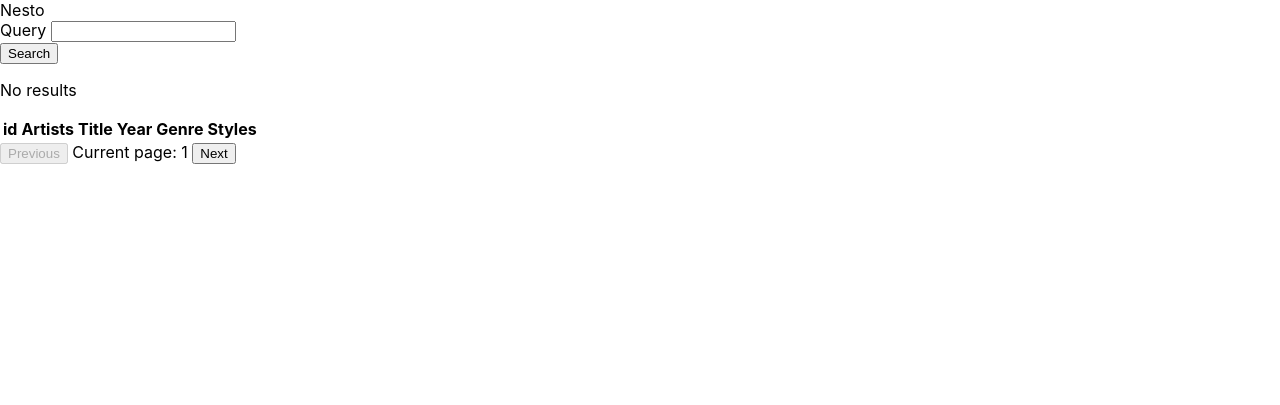
Repository: ivan-baljkas/pristupni_zadatak
Page: / (app in frontend/react-akademija-master/)
The author's editor kept a copy of each file at every save. The page is drawn from the files as they stood at one save, then again after the next save.
The browser window is 1280 px wide. The pictures show the whole page.
The project was rebuilt for these pictures with package versions that can differ from the ones it lists, and the page was loaded fresh each time.

Above is the page before, as saved 2021-07-21 13:18:08.

### frontend/react-akademija-master/src/App.js
import React from "react";
import { SearchForm } from "./components/SearchForm";
import { CollectionTable } from "./components/CollectionTable";
import { TableItem } from "./components/TableItem";
import { Pagination } from "./components/Pagination";
import data from "./data.json";

const App = () => {
  console.log(data);

  return (
    <div>
      <header>
        Nesto
      </header>
      <SearchForm>
          No results
        </SearchForm>
        <CollectionTable>
        {data.releases.map(release=>(
          <TableItem id={release.id}/>
        ))}
        </CollectionTable>
        <Pagination currentPage={1} pages={2} />
    </div>
  );
};

export default App;

### frontend/react-akademija-master/src/components/SearchForm.jsx
import React, { Component } from 'react'

export const SearchForm = (props) =>{

    return(
        <div>
            <div>
                <label htmlFor="query">Query </label>
                <input type="text" id="query"/>
            </div>
            <div>
                <button type="button">Search</button>
                <p>{props.children}</p>
            </div>

        </div>
    );
};

### frontend/react-akademija-master/src/components/CollectionTable.jsx
import React, { Component } from 'react'
import { TableItem } from './TableItem';
export const CollectionTable = (props) =>{

    return(
        <div>
            <table styles="width:100%">
                <tr>
                    <th>id</th>
                    <th>Artists</th>
                    <th>Title</th>
                    <th>Year</th>
                    <th>Genre</th>
                    <th>Styles</th>
                </tr>

            </table>
        </div>
    );
};

### frontend/react-akademija-master/src/components/Pagination.jsx
import React, { Component } from 'react'

export const Pagination = (props) =>{

    return(
        <div>
            <button type="button" disabled = {props.currentPage === 1}>Previous</button>
             <span>  Current page:  {props.currentPage} </span>
             <button type="button"disabled = {props.currentPage === props.pages}>Next</button>
        </div>
    );
};

### frontend/react-akademija-master/src/data.json
{
  "pagination": {
    "page": 1,
    "pages": 26,
    "per_page": 10,
    "items": 255,
    "urls": {
      "first": "https://api.discogs.com/users/adrianmusiccollector/collection/folders/0/releases?per_page=10&page=1",
      "last": "https://api.discogs.com/users/adrianmusiccollector/collection/folders/0/releases?per_page=10&page=26",
      "prev": "https://api.discogs.com/users/adrianmusiccollector/collection/folders/0/releases?per_page=10&page=1",
      "next": "https://api.discogs.com/users/adrianmusiccollector/collection/folders/0/releases?per_page=10&page=3"
    }
  },
  "releases": [
    {
      "id": 2462710,
      "instance_id": 495199692,
      "date_added": "2020-08-04T08:57:28-07:00",
      "rating": 0,
      "basic_information": {
        "id": 2462710,
        "master_id": 28197,
        "master_url": "https://api.discogs.com/masters/28197",
        "resource_url": "https://api.discogs.com/releases/2462710",
        "thumb": "",
        "cover_image": "",
        "title": "Danzig III: How The Gods Kill",
        "year": 0,
        "formats": [
          { "name": "CD", "qty": "1", "descriptions": ["Album", "Reissue"] }
        ],
        "labels": [
          {
            "name": "American Recordings",
            "catno": "491785 2",
            "entity_type": "1",
            "entity_type_name": "Label",
            "id": 2569,
            "resource_url": "https://api.discogs.com/labels/2569"
          },
          {
            "name": "Columbia",
            "catno": "02-491785-10",
            "entity_type": "1",
            "entity_type_name": "Label",
            "id": 1866,
            "resource_url": "https://api.discogs.com/labels/1866"
          }
        ],
        "artists": [
          {
            "name": "Danzig",
            "anv": "",
            "join": "",
            "role": "",
            "tracks": "",
            "id": 217411,
            "resource_url": "https://api.discogs.com/artists/217411"
          }
        ],
        "genres": ["Rock"],
        "styles": ["Blues Rock", "Hard Rock", "Heavy Metal"]
      }
    },
    {
      "id": 385438,
      "instance_id": 495284040,
      "date_added": "2020-08-04T15:46:56-07:00",
      "rating": 0,
      "basic_information": {
        "id": 385438,
        "master_id": 8636,
        "master_url": "https://api.discogs.com/masters/8636",
        "resource_url": "https://api.discogs.com/releases/385438",
        "thumb": "",
        "cover_image": "",
        "title": "For Those About To Rock We Salute You",
        "year": 1994,
        "formats": [
          {
            "name": "CD",
            "qty": "1",
            "descriptions": ["Album", "Reissue", "Remastered"]
          }
        ],
        "labels": [
          {
            "name": "ATCO Records",
            "catno": "7567-92412-2",
            "entity_type": "1",
            "entity_type_name": "Label",
            "id": 3820,
            "resource_url": "https://api.discogs.com/labels/3820"
          }
        ],
        "artists": [
          {
            "name": "AC/DC",
            "anv": "",
            "join": "",
            "role": "",
            "tracks": "",
            "id": 84752,
            "resource_url": "https://api.discogs.com/artists/84752"
          }
        ],
        "genres": ["Rock"],
        "styles": ["Hard Rock"]
      }
    },
    {
      "id": 7332063,
      "instance_id": 495260051,
      "date_added": "2020-08-04T14:14:50-07:00",
      "rating": 0,
      "basic_information": {
        "id": 7332063,
        "master_id": 8580,
        "master_url": "https://api.discogs.com/masters/8580",
        "resource_url": "https://api.discogs.com/releases/7332063",
        "thumb": "",
        "cover_image": "",
        "title": "Live",
        "year": 0,
        "formats": [
          { "name": "CD", "qty": "2", "descriptions": ["Album", "Reissue"] }
        ],
        "labels": [
          {
            "name": "ATCO Records",
            "catno": "7567-92212-2",
            "entity_type": "1",
            "entity_type_name": "Label",
            "id": 3820,
            "resource_url": "https://api.discogs.com/labels/3820"
          },
          {
            "name": "Albert Productions",
            "catno": "7567-92212-2",
            "entity_type": "1",
            "entity_type_name": "Label",
            "id": 33440,
            "resource_url": "https://api.discogs.com/labels/33440"
          }
        ],
        "artists": [
          {
            "name": "AC/DC",
            "anv": "",
            "join": "",
            "role": "",
            "tracks": "",
            "id": 84752,
            "resource_url": "https://api.discogs.com/artists/84752"
          }
        ],
        "genres": ["Rock"],
        "styles": ["Hard Rock", "Rock & Roll"]
      }
    },
    {
      "id": 456943,
      "instance_id": 495284592,
      "date_added": "2020-08-04T15:48:52-07:00",
      "rating": 0,
      "basic_information": {
        "id": 456943,
        "master_id": 8437,
        "master_url": "https://api.discogs.com/masters/8437",
        "resource_url": "https://api.discogs.com/releases/456943",
        "thumb": "",
        "cover_image": "",
        "title": "High Voltage",
        "year": 1994,
        "formats": [
          {
            "name": "CD",
            "qty": "1",
            "descriptions": ["Album", "Reissue", "Remastered"]
          }
        ],
        "labels": [
          {
            "name": "ATCO Records",
            "catno": "7567-92413-2",
            "entity_type": "1",
            "entity_type_name": "Label",
            "id": 3820,
            "resource_url": "https://api.discogs.com/labels/3820"
          },
          {
            "name": "ATCO Records",
            "catno": "92413-2",
            "entity_type": "1",
            "entity_type_name": "Label",
            "id": 3820,
            "resource_url": "https://api.discogs.com/labels/3820"
          }
        ],
        "artists": [
          {
            "name": "AC/DC",
            "anv": "",
            "join": "",
            "role": "",
            "tracks": "",
            "id": 84752,
            "resource_url": "https://api.discogs.com/artists/84752"
          }
        ],
        "genres": ["Rock"],
        "styles": ["Hard Rock"]
      }
    },
    {
      "id": 10873272,
      "instance_id": 719463895,
      "date_added": "2021-05-31T11:07:58-07:00",
      "rating": 0,
      "basic_information": {
        "id": 10873272,
        "master_id": 315130,
        "master_url": "https://api.discogs.com/masters/315130",
        "resource_url": "https://api.discogs.com/releases/10873272",
        "thumb": "",
        "cover_image": "",
        "title": "Lightning Strikes",
        "year": 1986,
        "formats": [{ "name": "CD", "qty": "1", "descriptions": ["Album"] }],
        "labels": [
          {
            "name": "ATCO Records",
            "catno": "790 512-2",
            "entity_type": "1",
            "entity_type_name": "Label",
            "id": 3820,
            "resource_url": "https://api.discogs.com/labels/3820"
          },
          {
            "name": "ATCO Records",
            "catno": "90512-2",
            "entity_type": "1",
            "entity_type_name": "Label",
            "id": 3820,
            "resource_url": "https://api.discogs.com/labels/3820"
          }
        ],
        "artists": [
          {
            "name": "Loudness (5)",
            "anv": "",
            "join": "",
            "role": "",
            "tracks": "",
            "id": 594808,
            "resource_url": "https://api.discogs.com/artists/594808"
          }
        ],
        "genres": ["Rock"],
        "styles": ["Hard Rock", "Heavy Metal"]
      }
    },
    {
      "id": 370885,
      "instance_id": 495193819,
      "date_added": "2020-08-04T08:15:48-07:00",
      "rating": 0,
      "basic_information": {
        "id": 370885,
        "master_id": 8670,
        "master_url": "https://api.discogs.com/masters/8670",
        "resource_url": "https://api.discogs.com/releases/370885",
        "thumb": "",
        "cover_image": "",
        "title": "The Razors Edge",
        "year": 1990,
        "formats": [{ "name": "CD", "qty": "1", "descriptions": ["Album"] }],
        "labels": [
          {
            "name": "ATCO Records",
            "catno": "7567-91413-2",
            "entity_type": "1",
            "entity_type_name": "Label",
            "id": 3820,
            "resource_url": "https://api.discogs.com/labels/3820"
          },
          {
            "name": "ATCO Records",
            "catno": "7567-91413-2 YS",
            "entity_type": "1",
            "entity_type_name": "Label",
            "id": 3820,
            "resource_url": "https://api.discogs.com/labels/3820"
          },
          {
            "name": "Albert Productions",
            "catno": "7567-91413-2",
            "entity_type": "1",
            "entity_type_name": "Label",
            "id": 33440,
            "resource_url": "https://api.discogs.com/labels/33440"
          },
          {
            "name": "Albert Productions",
            "catno": "7567-91413-2 YS",
            "entity_type": "1",
            "entity_type_name": "Label",
            "id": 33440,
            "resource_url": "https://api.discogs.com/labels/33440"
          }
        ],
        "artists": [
          {
            "name": "AC/DC",
            "anv": "",
            "join": "",
            "role": "",
            "tracks": "",
            "id": 84752,
            "resource_url": "https://api.discogs.com/artists/84752"
          }
        ],
        "genres": ["Rock"],
        "styles": ["Hard Rock"]
      }
    },
    {
      "id": 3708739,
      "instance_id": 659792917,
      "date_added": "2021-04-01T02:51:07-07:00",
      "rating": 0,
      "basic_information": {
        "id": 3708739,
        "master_id": 451115,
        "master_url": "https://api.discogs.com/masters/451115",
        "resource_url": "https://api.discogs.com/releases/3708739",
        "thumb": "",
        "cover_image": "",
        "title": "Loudness",
        "year": 1992,
        "formats": [{ "name": "CD", "qty": "1", "descriptions": ["Album"] }],
        "labels": [
          {
            "name": "ATCO Records",
            "catno": "WPCL-657",
            "entity_type": "1",
            "entity_type_name": "Label",
            "id": 3820,
            "resource_url": "https://api.discogs.com/labels/3820"
          },
          {
            "name": "Warner Music Japan",
            "catno": "WPCL-657",
            "entity_type": "1",
            "entity_type_name": "Label",
            "id": 52253,
            "resource_url": "https://api.discogs.com/labels/52253"
          }
        ],
        "artists": [
          {
            "name": "Loudness (5)",
            "anv": "",
            "join": "",
            "role": "",
            "tracks": "",
            "id": 594808,
            "resource_url": "https://api.discogs.com/artists/594808"
          }
        ],
        "genres": ["Rock"],
        "styles": ["Speed Metal", "Hard Rock", "Heavy Metal"]
      }
    },
    {
      "id": 4915709,
      "instance_id": 495258801,
      "date_added": "2020-08-04T14:09:39-07:00",
      "rating": 0,
      "basic_information": {
        "id": 4915709,
        "master_id": 578071,
        "master_url": "https://api.discogs.com/masters/578071",
        "resource_url": "https://api.discogs.com/releases/4915709",
        "thumb": "",
        "cover_image": "",
        "title": "Operation Mindcrime + Queen Of The Reich ",
        "year": 1999,
        "formats": [
          {
            "name": "CD",
            "qty": "2",
            "text": "Media book",
            "descriptions": [
              "Compilation",
              "Deluxe Edition",
              "Reissue",
              "Remastered"
            ]
          }
        ],
        "labels": [
          {
            "name": "Axe Killer Records",
            "catno": "3052182",
            "entity_type": "1",
            "entity_type_name": "Label",
            "id": 83934,
            "resource_url": "https://api.discogs.com/labels/83934"
          },
          {
            "name": "Axe Killer Records",
            "catno": "Wag 351",
            "entity_type": "1",
            "entity_type_name": "Label",
            "id": 83934,
            "resource_url": "https://api.discogs.com/labels/83934"
          }
        ],
        "artists": [
          {
            "name": "Queensr\u00ffche",
            "anv": "",
            "join": "",
            "role": "",
            "tracks": "",
            "id": 255363,
            "resource_url": "https://api.discogs.com/artists/255363"
          }
        ],
        "genres": ["Rock"],
        "styles": ["Heavy Metal"]
      }
    },
    {
      "id": 6582063,
      "instance_id": 495262219,
      "date_added": "2020-08-04T14:24:02-07:00",
      "rating": 0,
      "basic_information": {
        "id": 6582063,
        "master_id": 29521,
        "master_url": "https://api.discogs.com/masters/29521",
        "resource_url": "https://api.discogs.com/releases/6582063",
        "thumb": "",
        "cover_image": "",
        "title": "Metal Heart",
        "year": 0,
        "formats": [
          {
            "name": "CD",
            "qty": "1",
            "descriptions": ["Album", "Reissue", "Remastered", "Repress"]
          }
        ],
        "labels": [
          {
            "name": "BMG",
            "catno": "74321 93213 2",
            "entity_type": "1",
            "entity_type_name": "Label",
            "id": 1003,
            "resource_url": "https://api.discogs.com/labels/1003"
          },
          {
            "name": "RCA",
            "catno": "74321 93213 2",
            "entity_type": "1",
            "entity_type_name": "Label",
            "id": 895,
            "resource_url": "https://api.discogs.com/labels/895"
          },
          {
            "name": "Musicline.de",
            "catno": "74321 93213 2",
            "entity_type": "1",
            "entity_type_name": "Label",
            "id": 651772,
            "resource_url": "https://api.discogs.com/labels/651772"
          }
        ],
        "artists": [
          {
            "name": "Accept",
            "anv": "",
            "join": "",
            "role": "",
            "tracks": "",
            "id": 271475,
            "resource_url": "https://api.discogs.com/artists/271475"
          }
        ],
        "genres": ["Rock"],
        "styles": ["Heavy Metal"]
      }
    },
    {
      "id": 9018310,
      "instance_id": 495282966,
      "date_added": "2020-08-04T15:43:26-07:00",
      "rating": 0,
      "basic_information": {
        "id": 9018310,
        "master_id": 4844,
        "master_url": "https://api.discogs.com/masters/4844",
        "resource_url": "https://api.discogs.com/releases/9018310",
        "thumb": "",
        "cover_image": "",
        "title": "Master Of Reality",
        "year": 2014,
        "formats": [
          {
            "name": "CD",
            "qty": "1",
            "text": "Digipak",
            "descriptions": ["Album", "Reissue", "Remastered"]
          }
        ],
        "labels": [
          {
            "name": "BMG",
            "catno": "2730325",
            "entity_type": "1",
            "entity_type_name": "Label",
            "id": 1003,
            "resource_url": "https://api.discogs.com/labels/1003"
          },
          {
            "name": "Sanctuary",
            "catno": "2730325",
            "entity_type": "1",
            "entity_type_name": "Label",
            "id": 28233,
            "resource_url": "https://api.discogs.com/labels/28233"
          }
        ],
        "artists": [
          {
            "name": "Black Sabbath",
            "anv": "",
            "join": "",
            "role": "",
            "tracks": "",
            "id": 144998,
            "resource_url": "https://api.discogs.com/artists/144998"
          }
        ],
        "genres": ["Rock"],
        "styles": ["Hard Rock", "Heavy Metal"]
      }
    }
  ]
}

### frontend/react-akademija-master/src/components/TableItem.jsx
import React, { Component } from 'react'

export const TableItem = (props) =>{

    return(
        <div>
            TableItem {props.id}
        </div>
    );
};

Loaded but not shown: frontend/react-akademija-master/public/index.html (common file); frontend/react-akademija-master/src/index.js (common file); frontend/react-akademija-master/src/index.css (common file); frontend/react-akademija-master/src/reportWebVitals.js (common file)

After the next save:
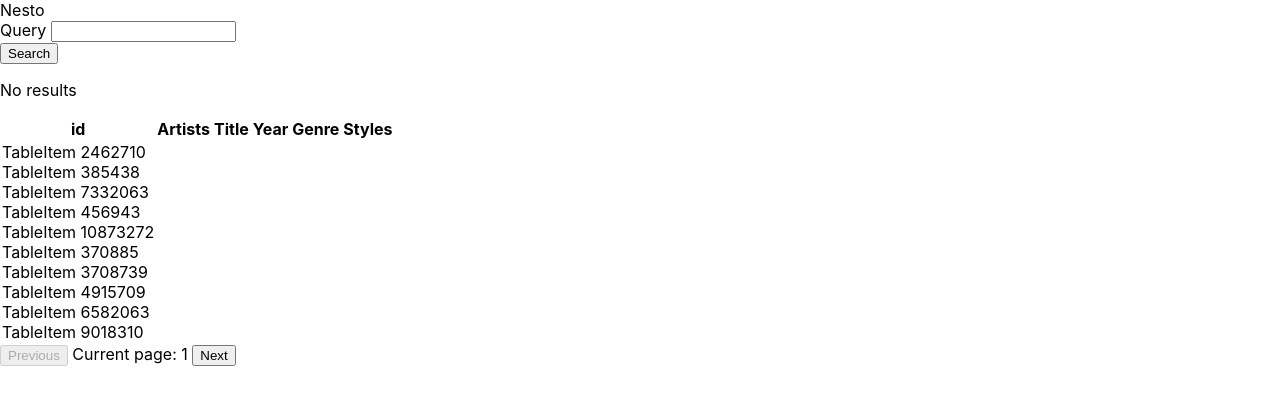
Saved 27 s later.
--- a/frontend/react-akademija-master/src/components/CollectionTable.jsx
+++ b/frontend/react-akademija-master/src/components/CollectionTable.jsx
@@ -13,6 +13,7 @@ export const CollectionTable = (props) =>{
                     <th>Genre</th>
                     <th>Styles</th>
                 </tr>
+                {props.children}
 
             </table>
         </div>
